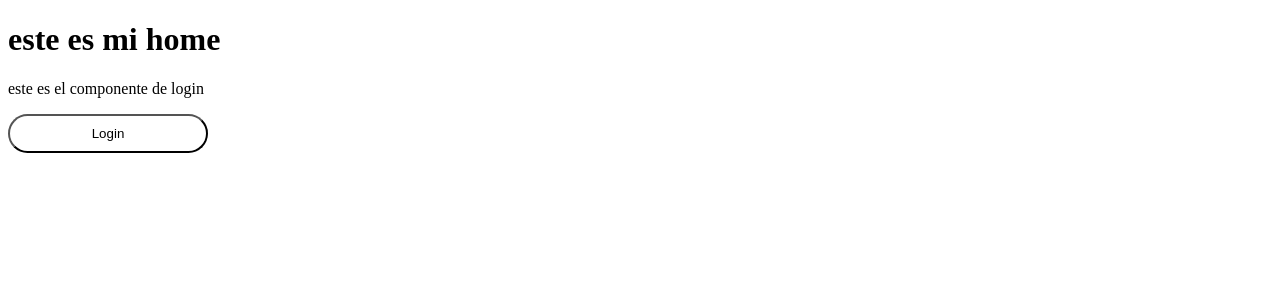
Repository: mauro8778/TurnoClinica
Page: / (app in front/vite-project/)
These files come from the project's save history. The page is drawn as it stood at one moment and after the next save; the edit follows.
The browser window is 1280 px wide. The pictures show the whole page.
The project was rebuilt for these pictures with package versions that can differ from the ones it lists, and the page was loaded fresh each time. Also part of the build but not shown: front/vite-project/vite.config.js.

Above is the page before, as saved 2024-04-12 09:26:51.

### front/vite-project/src/App.jsx

import Home from "./views/home";

function App() {


  return (
    <>


     <Home/>
    </>
  )
}

export default App

### front/vite-project/src/views/home.jsx
import NavBar from "../components/NavBar/NavBar"

const Home = () => {
    return(
       <>
        <h1>este es mi home</h1>
        <NavBar/>
       </>
    )

}
export default Home

### front/vite-project/src/components/NavBar/NavBar.jsx
import { CustomButton } from "../button/customBottonStyled";
import Login from "../login/login";
import Register from "../register/register";

const NavBar=()=>{

    return(
    <>
    <div>

    <Login/>
   <Register/>
   <CustomButton>Login</CustomButton>

    </div>

    </>)
}

export default NavBar;

### front/vite-project/src/components/button/customBottonStyled.jsx
import styled from "styled-components"

export const CustomButton = styled.button`
color: black;
width: 200px;
border-radius: 20px;
background-color: white;
padding: 10px;
`

### front/vite-project/src/components/login/login.jsx
const Login=()=> {
    return(
       <>
       <div>

    <p>
            este es el componente de login
    </p>

</div>
       </>
    )
}
export default Login;

### front/vite-project/src/components/register/register.jsx
const Register=()=>{
<>
<div>
<p>
    este es el componente de registro
</p>
</div>


</>

}

export default Register;

Loaded but not shown: front/vite-project/index.html (common file); front/vite-project/src/main.jsx (common file)

After the next save:
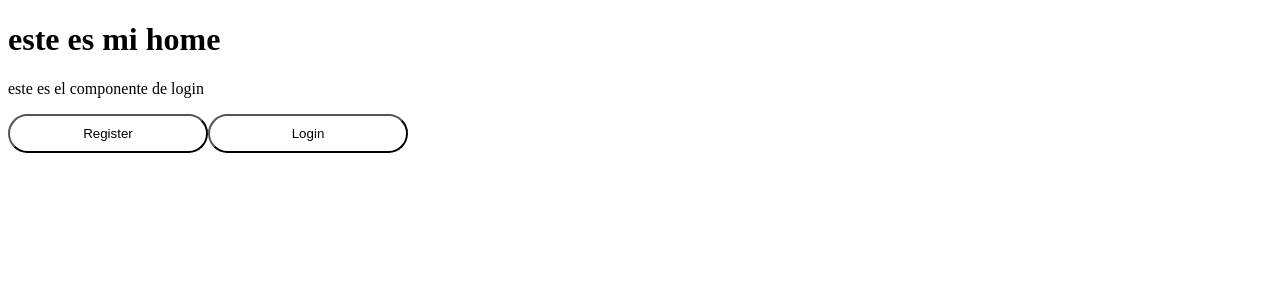
Saved 31 s later.
--- a/front/vite-project/src/components/NavBar/NavBar.jsx
+++ b/front/vite-project/src/components/NavBar/NavBar.jsx
@@ -10,7 +10,9 @@ const NavBar=()=>{
 
     <Login/>
    <Register/>
+   <CustomButton>Register</CustomButton>
    <CustomButton>Login</CustomButton>
+
 
     </div>
 
